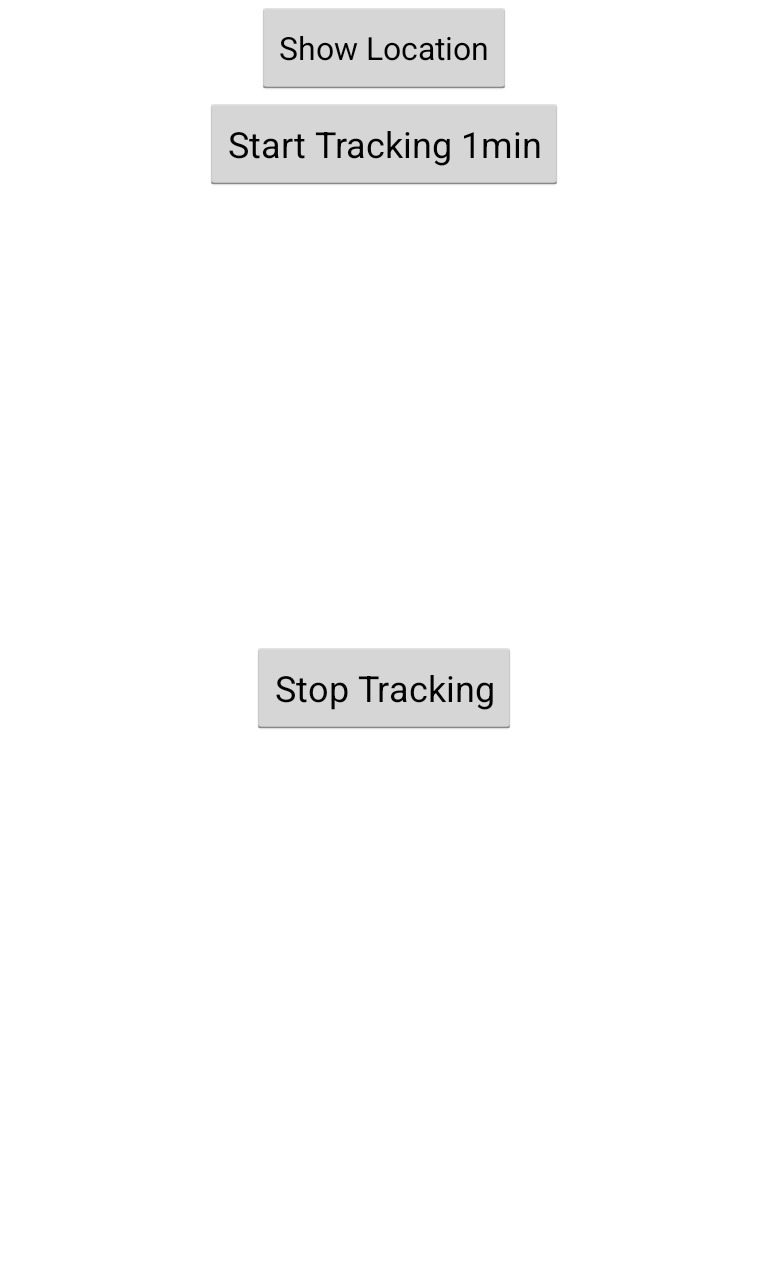
Repository: Jonieye/gps-story
Layout: Workspace/com.joni.android.first/res/layout/activity_main.xml
The author's editor kept a copy of each file at every save. The layout is drawn from the files as they stood at one save, then again after the next save.
It is drawn on a 768 x 1280 px phone screen (xhdpi) without system bars, with theme AppTheme; the app's code is not run.

Above is the layout before, as saved 2014-10-18 11:42:48.

### Workspace/com.joni.android.first/res/layout/activity_main.xml
<GridLayout xmlns:android="http://schemas.android.com/apk/res/android"
    android:layout_width="fill_parent"
    android:layout_height="fill_parent"
    android:orientation="vertical" >
    <Button
        android:id="@+id/stopLocation"
        android:layout_width="wrap_content"
        android:layout_height="wrap_content"
        android:layout_column="0"
        android:layout_gravity="center"
        android:layout_row="9"
        android:text="Stop Tracking" />

    <Button
        android:id="@+id/startLocation"
        android:layout_width="wrap_content"
        android:layout_height="wrap_content"
        android:layout_column="0"
        android:layout_gravity="center_horizontal|top"
        android:layout_row="9"
        android:text="Start Tracking 1min" />

    <Button
        android:id="@+id/showLocation"
        style="@style/AppTheme"
        android:layout_width="wrap_content"
        android:layout_height="wrap_content"
        android:layout_column="0"
        android:layout_gravity="center_horizontal|top"
        android:layout_row="1"
        android:text="Show Location" />

</GridLayout>

Loaded but not shown: Workspace/com.joni.android.first/res/values/styles.xml (common file); Workspace/com.joni.android.first/res/values-v11/styles.xml (common file); Workspace/com.joni.android.first/res/values-v14/styles.xml (common file)

After the next save:
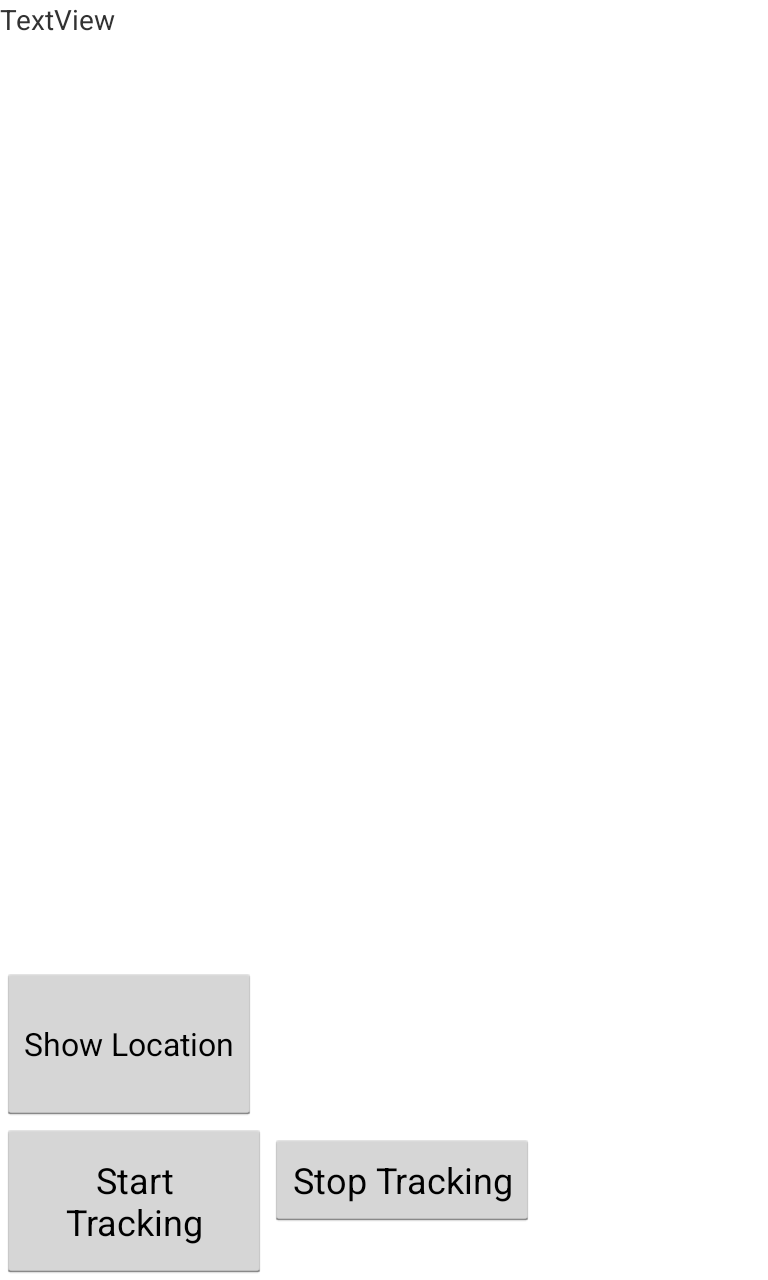
Saved 11 min 4 s later.
--- a/Workspace/com.joni.android.first/res/layout/activity_main.xml
+++ b/Workspace/com.joni.android.first/res/layout/activity_main.xml
@@ -1,33 +1,49 @@
-<GridLayout xmlns:android="http://schemas.android.com/apk/res/android"
+<TableLayout xmlns:android="http://schemas.android.com/apk/res/android"
+    android:id="@+id/TableLayout1"
     android:layout_width="fill_parent"
-    android:layout_height="fill_parent"
-    android:orientation="vertical" >
-    <Button
-        android:id="@+id/stopLocation"
+    android:layout_height="fill_parent" >
+
+    <TextView
+        android:id="@+id/textView1"
         android:layout_width="wrap_content"
         android:layout_height="wrap_content"
-        android:layout_column="0"
-        android:layout_gravity="center"
-        android:layout_row="9"
-        android:text="Stop Tracking" />
+        android:layout_weight="0.85"
+        android:text="TextView" />
 
-    <Button
-        android:id="@+id/startLocation"
+    <LinearLayout
+        android:layout_width="wrap_content"
+        android:layout_height="wrap_content" >
+
+        <Button
+            android:id="@+id/showLocation"
+            style="@style/AppTheme"
+            android:layout_width="wrap_content"
+            android:layout_height="78dp"
+            android:text="Show Location" />
+    </LinearLayout>
+
+    <LinearLayout
         android:layout_width="wrap_content"
         android:layout_height="wrap_content"
-        android:layout_column="0"
-        android:layout_gravity="center_horizontal|top"
-        android:layout_row="9"
-        android:text="Start Tracking 1min" />
+        android:orientation="vertical" >
 
-    <Button
-        android:id="@+id/showLocation"
-        style="@style/AppTheme"
-        android:layout_width="wrap_content"
-        android:layout_height="wrap_content"
-        android:layout_column="0"
-        android:layout_gravity="center_horizontal|top"
-        android:layout_row="1"
-        android:text="Show Location" />
+        <LinearLayout
+            android:layout_width="match_parent"
+            android:layout_height="wrap_content" >
 
-</GridLayout>
+            <Button
+                android:id="@+id/startLocation"
+                android:layout_width="134dp"
+                android:layout_height="79dp"
+                android:minWidth="50dip"
+                android:text="Start Tracking" />
+
+            <Button
+                android:id="@+id/stopLocation"
+                android:layout_width="wrap_content"
+                android:layout_height="wrap_content"
+                android:text="Stop Tracking" />
+        </LinearLayout>
+    </LinearLayout>
+
+</TableLayout>
